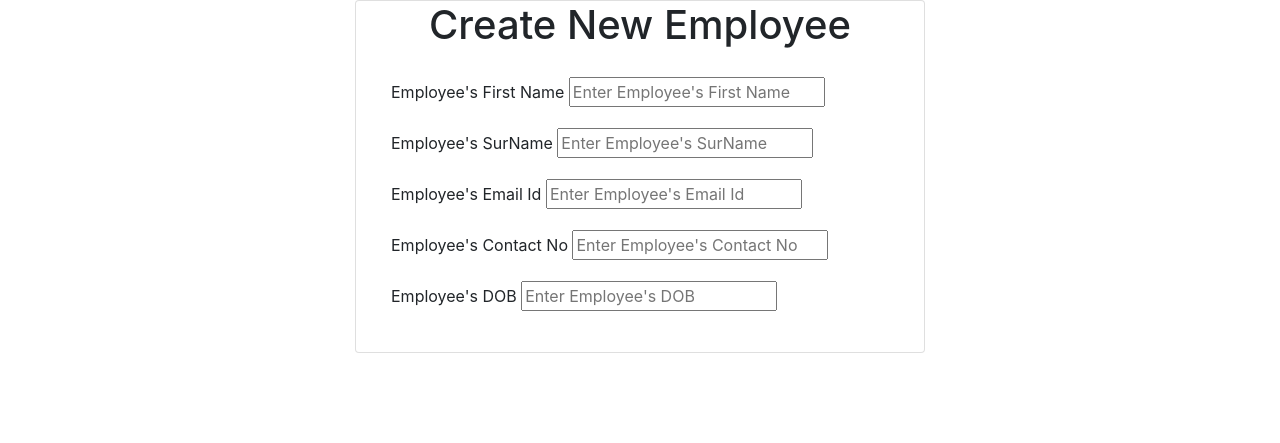
Repository: smrutiranjan-84/Assignment
Page: http://localhost/create_employee
The author's editor kept a copy of each file at every save. The page is drawn from the files as they stood at one save, then again after the next save.
The browser window is 1280 px wide. The pictures show the whole page.
The page is this project's Thymeleaf template; nobody is signed in. The template is opened directly, without the code that normally fills it, so the values that code supplies are empty.

Above is the page before, as saved 2022-01-19 06:50:56.

### EmployeeApplication/src/main/resources/templates/create_employee.html
<!DOCTYPE html>
<html xmlns:th="http://www.thymeleaf.org">
<head>
<meta charset="ISO-8859-1">
<title>Employee Management App</title>
<link rel="stylesheet" href="https://stackpath.bootstrapcdn.com/bootstrap/4.4.1/css/bootstrap.min.css"
integrity="sha384-Vkoo8x4CGsO3+Hhxv8T/Q5PaXtkKtu6ug5TOeNV6gBiFeWPGFN9MuhOf23Q9Ifjh"
crossorigin="anonymous">

</head>
<body>
               <div class= "container">
                          <div class= "row">
                <div class= "col-lg-6 col-md-6 col-sm-6 container justify-content-center card">
                    <h1 class= "text-center">Create New Employee</h1>
                        <div class= "card-body">
          <form th:action="@{/employees}" th:object= "${employee}" method="post">
                 <div class= "form-group">
                     <label> Employee's First Name</label>
                     <input
                         type= "text"
                         name= "firstName"
                         th:field= "firstName"
                         class= "form-center"
                         placeholder= "Enter Employee's First Name"/>
                   </div>
                <div class= "form-group">
                  <label> Employee's SurName</label>
                    <input
                      type = "text"
                      name = "surName"
                      th:field = "surName"
                      class = "form-center"
                      placeholder = "Enter Employee's SurName"/>
                 </div>
               <div class= "form-group">
               <label> Employee's Email Id</label>
               <input
                   type = "text"
                   name = "emailId"
                   th:field = "emailId"
                   class = "form-center"
                   placeholder = "Enter Employee's Email Id"/>
                </div>
                <div class= "form-group">
               <label> Employee's Contact No</label>
               <input
                   type = "text"
                   name = "contactNo"
                   th:field = "contactNo"
                   class = "form-center"
                   placeholder = "Enter Employee's Contact No"/>
                </div>
                <div class= "form-group">
               <label> Employee's DOB</label>
               <input
                   type = "text"
                   name = "dob"
                   th:field = "dob"
                   class = "form-center"
                   placeholder = "Enter Employee's DOB"/>
                </div>







  </form>

  </div>


  </div>



  </div>


  </div>
</body>
</html>

After the next save:
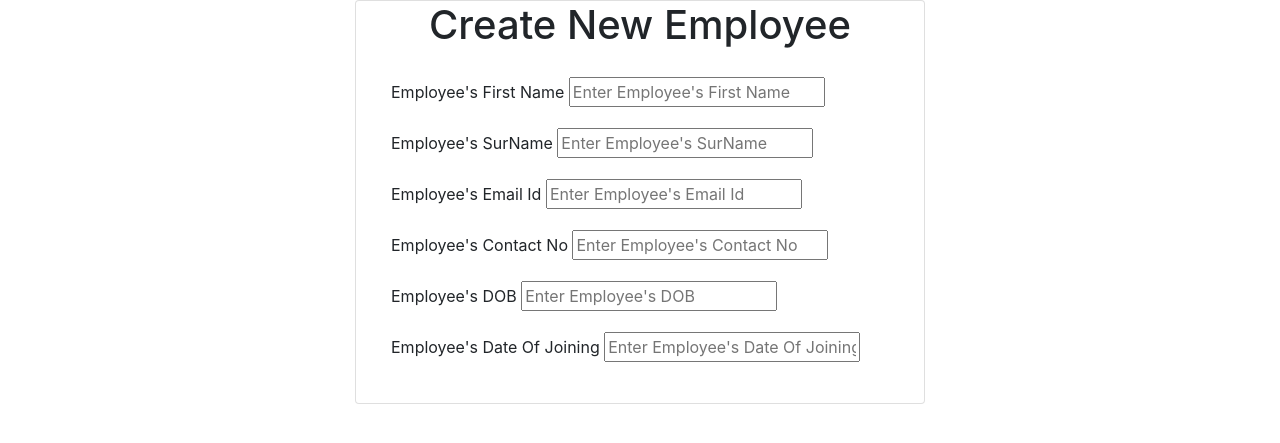
Saved 63 s later.
--- a/EmployeeApplication/src/main/resources/templates/create_employee.html
+++ b/EmployeeApplication/src/main/resources/templates/create_employee.html
@@ -60,6 +60,15 @@ crossorigin="anonymous">
                    class = "form-center"
                    placeholder = "Enter Employee's DOB"/>
                 </div>
+                <div class= "form-group">
+               <label> Employee's Date Of Joining</label>
+               <input
+                   type = "text"
+                   name = "dateOfJoining"
+                   th:field = "dateOfJoining"
+                   class = "form-center"
+                   placeholder = "Enter Employee's Date Of Joining"/>
+                </div>
 
 
 
